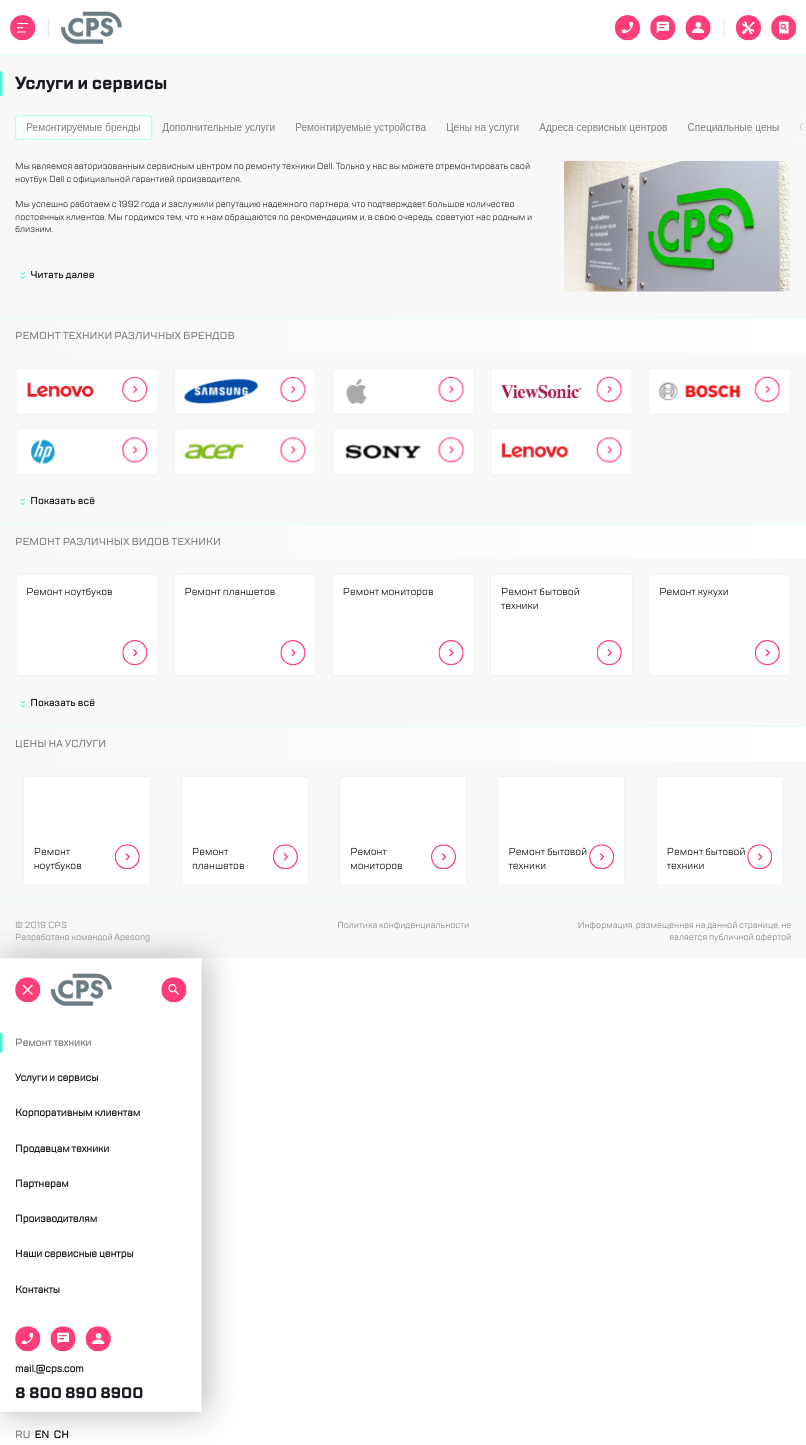
Repository: Dedoxa/WebCoreF
Page: /
The author's editor kept a copy of each file at every save. The page is drawn from the files as they stood at one save, then again after the next save.
The browser window is 1280 px wide. The pictures show the whole page, at 63% of full size.
The project was rebuilt for these pictures with package versions that can differ from the ones it lists, and the page was loaded fresh each time. Also part of the build but not shown: webpack.config.js.

Above is the page before, as saved 2024-06-15 18:13:51.

After the next save:
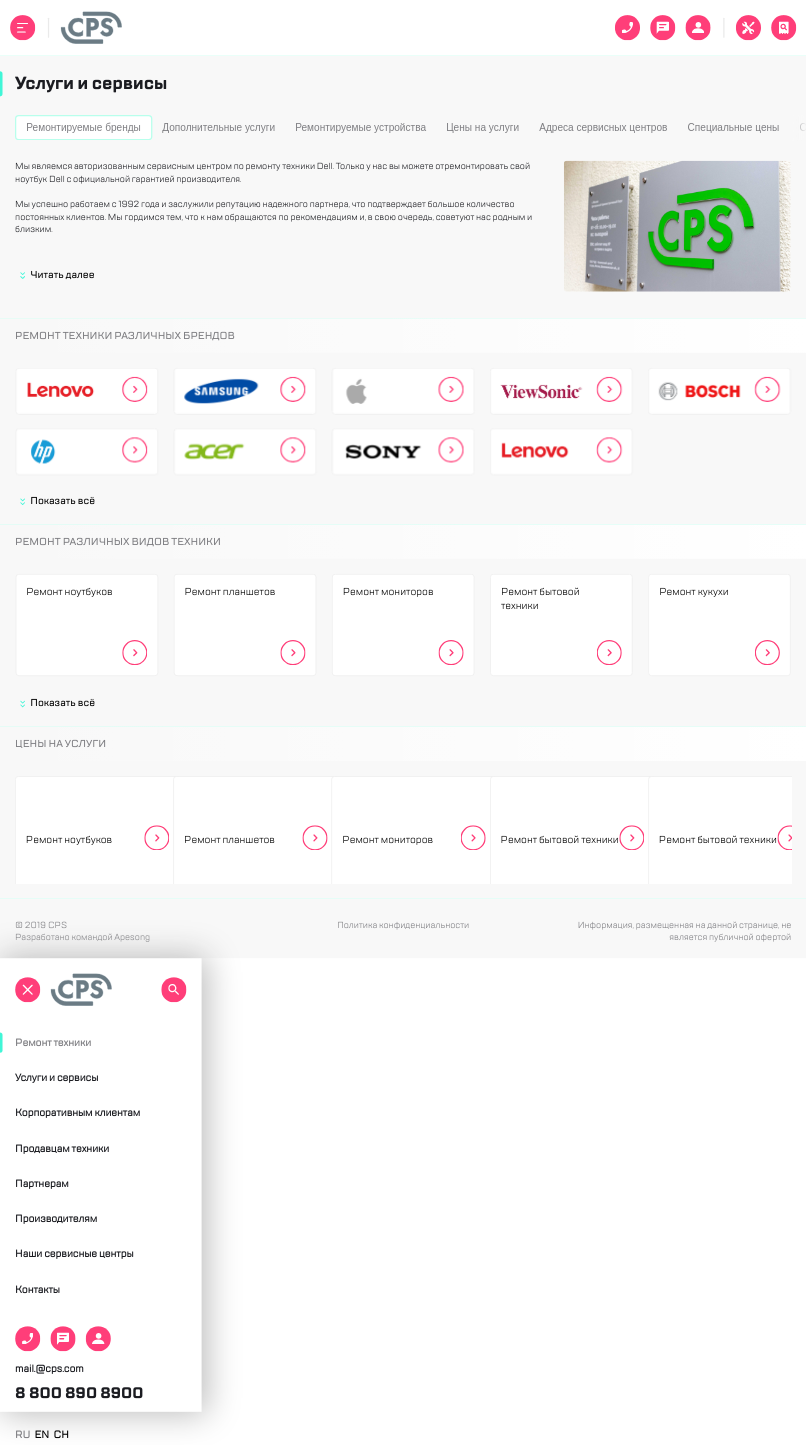
Saved 27 s later.
--- a/src/scss/plates.scss
+++ b/src/scss/plates.scss
@@ -183,8 +183,8 @@
   }
 
   .plates__table-plate {
-    height: 260px;
-    width: 200px;
+    width: 260px;
+    height: 200px;
   }
 
   .plates__logo {
